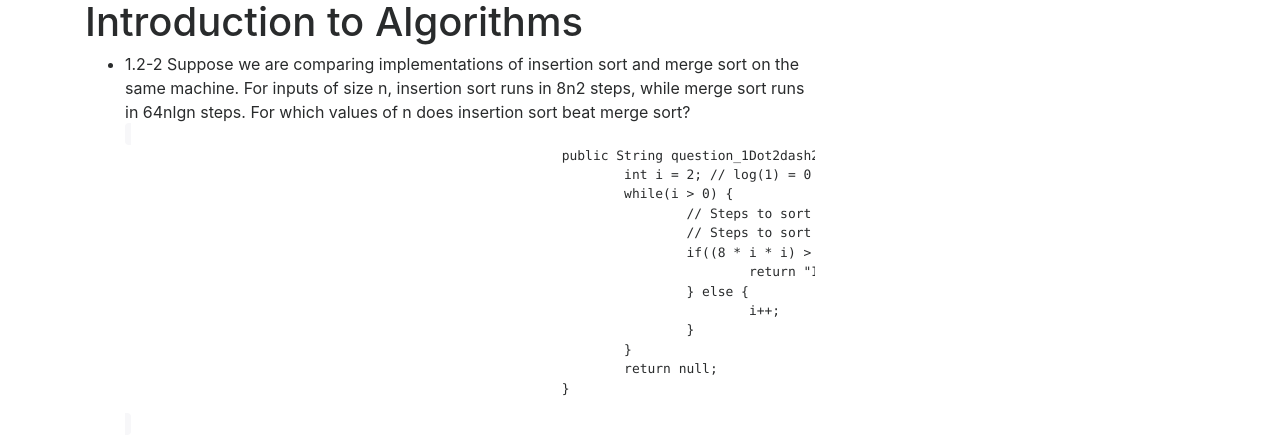
Repository: baltejas/algorithms
Page: algorithms/src/main/webapp/WEB-INF/views/index.html
These files come from the project's save history. The page is drawn as it stood at one moment and after the next save; the edit follows.
The browser window is 1280 px wide. The pictures show the whole page.

Above is the page before, as saved 2017-05-06 18:16:04.

### algorithms/src/main/webapp/WEB-INF/views/index.html
<html>
	<head>
		<link rel="stylesheet" href="resources/css/bootstrap.css">
	</head>
	<body>
		<div class="container">
		<h1>Introduction to Algorithms</h1>
			<div class="row">
				<div class="col-md-8">
					<ul>
						<li>1.2-2 Suppose we are comparing implementations of insertion sort and merge sort on the same machine. For inputs of size n, insertion sort runs in 8n2 steps, while merge sort runs in 64nlgn steps. For which values of n does insertion sort beat merge sort?</li>
						<code><pre>
							public String question_1Dot2dash2() {
								int i = 2; // log(1) = 0 hence we start from 2
								while(i > 0) {
									// Steps to sort n inputs: insertion sort - 8n*n
									// Steps to sort n inputs: merge sort - 64nlgn (log to base 2)
									if((8 * i * i) > (64 * i * (Math.log(i)/Math.log(2)))) {
										return "Insertion sort beats merge sort at: " + i;
									} else {
										i++;
									}
								}
								return null;
							}</pre>
						</code>
					</ul>
				</div>
			</div>
		</div>
	</body>
</html>

Loaded but not shown: algorithms/src/main/webapp/resources/css/bootstrap.css (library)

After the next save:
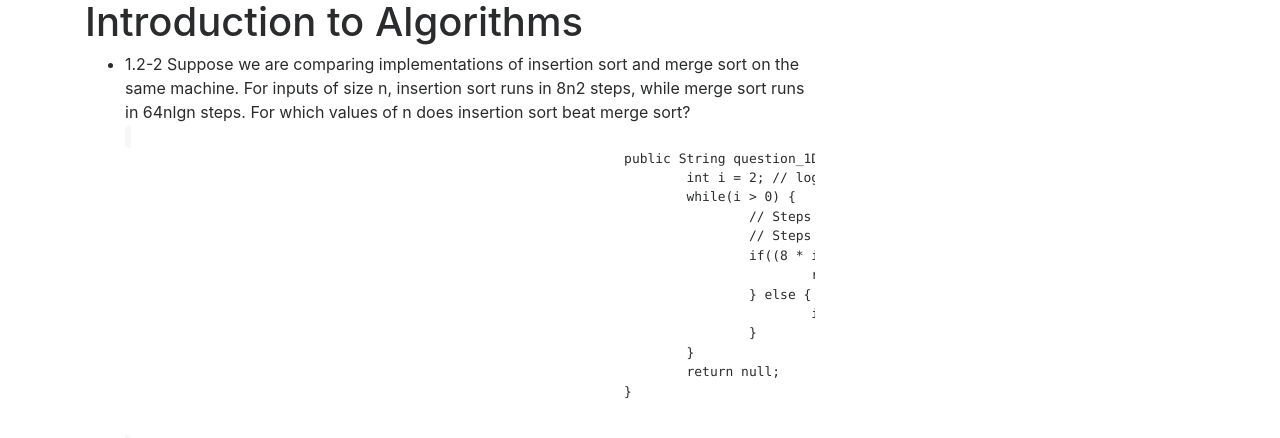
Saved 2 min 39 s later.
--- a/algorithms/src/main/webapp/WEB-INF/views/index.html
+++ b/algorithms/src/main/webapp/WEB-INF/views/index.html
@@ -8,22 +8,27 @@
 			<div class="row">
 				<div class="col-md-8">
 					<ul>
-						<li>1.2-2 Suppose we are comparing implementations of insertion sort and merge sort on the same machine. For inputs of size n, insertion sort runs in 8n2 steps, while merge sort runs in 64nlgn steps. For which values of n does insertion sort beat merge sort?</li>
-						<code><pre>
-							public String question_1Dot2dash2() {
-								int i = 2; // log(1) = 0 hence we start from 2
-								while(i > 0) {
-									// Steps to sort n inputs: insertion sort - 8n*n
-									// Steps to sort n inputs: merge sort - 64nlgn (log to base 2)
-									if((8 * i * i) > (64 * i * (Math.log(i)/Math.log(2)))) {
-										return "Insertion sort beats merge sort at: " + i;
-									} else {
-										i++;
+						<li>1.2-2 Suppose we are comparing implementations of insertion sort and merge sort on the same machine.
+							For inputs of size n, insertion sort runs in 8n2 steps, while merge sort runs in 64nlgn steps.
+							For which values of n does insertion sort beat merge sort?<br>
+							<code>
+								<pre>
+								public String question_1Dot2dash2() {
+									int i = 2; // log(1) = 0 hence we start from 2
+									while(i > 0) {
+										// Steps to sort n inputs: insertion sort - 8n*n
+										// Steps to sort n inputs: merge sort - 64nlgn (log to base 2)
+										if((8 * i * i) > (64 * i * (Math.log(i)/Math.log(2)))) {
+											return "Insertion sort beats merge sort at: " + i;
+										} else {
+											i++;
+										}
 									}
+									return null;
 								}
-								return null;
-							}</pre>
-						</code>
+								</pre>
+							</code>
+						</li>
 					</ul>
 				</div>
 			</div>
